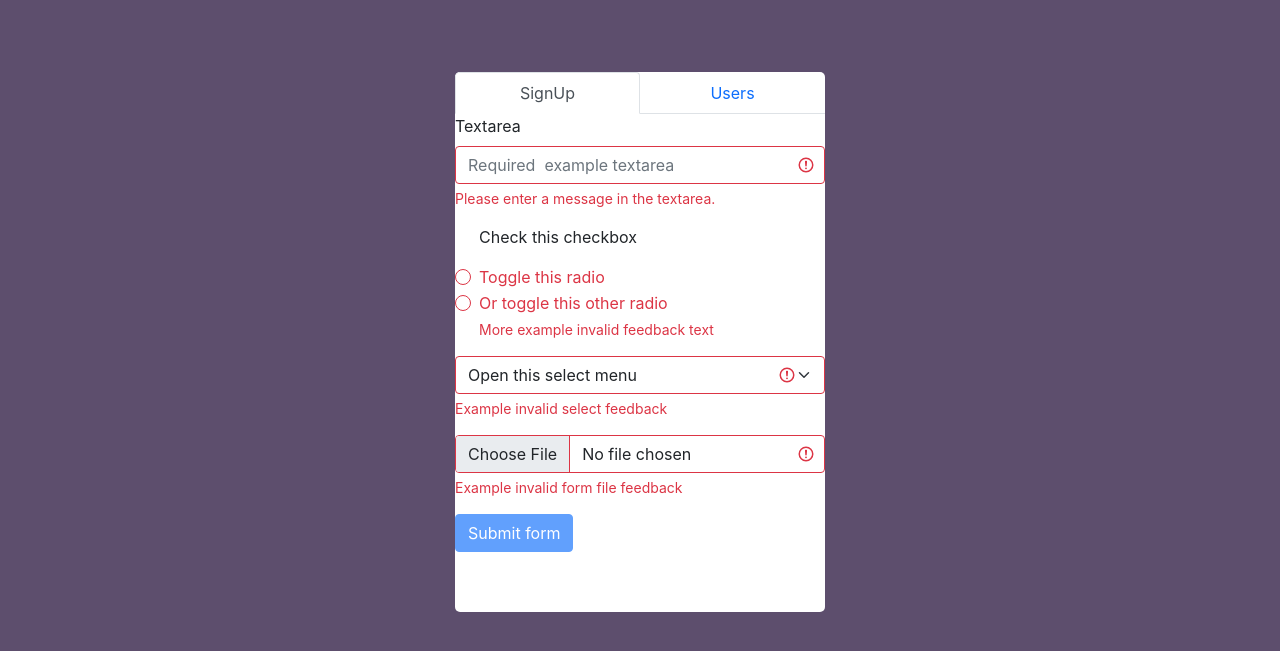
Repository: asadalibest1/SignUp-from
Page: /
These files come from the project's save history. The page is drawn as it stood at one moment and after the next save; the edit follows.
The browser window is 1280 px wide. The pictures show the whole page.
The project was rebuilt for these pictures with package versions that can differ from the ones it lists, and the page was loaded fresh each time. Also part of the build but not shown: src/components/SignUp/SignUp.css, src/components/Users/Users.css.

Above is the page before, as saved 2021-02-06 21:58:34.

### public/index.html
<!DOCTYPE html>
<html lang="en">
  <head>
    <meta charset="utf-8" />
    <link rel="icon" href="%PUBLIC_URL%/favicon.png" />
    <meta name="viewport" content="width=device-width, initial-scale=1" />
    <meta name="theme-color" content="#000000" />
    <meta
      name="description"
      content="Web site created using create-react-app"
    />
    <link rel="apple-touch-icon" href="%PUBLIC_URL%/logo192.png" />
    <!--
      manifest.json provides metadata used when your web app is installed on a
      user's mobile device or desktop. See https://developers.google.com/web/fundamentals/web-app-manifest/
    -->
    <link rel="manifest" href="%PUBLIC_URL%/manifest.json" />
    <!--
      Notice the use of %PUBLIC_URL% in the tags above.
      It will be replaced with the URL of the `public` folder during the build.
      Only files inside the `public` folder can be referenced from the HTML.

      Unlike "/favicon.ico" or "favicon.ico", "%PUBLIC_URL%/favicon.ico" will
      work correctly both with client-side routing and a non-root public URL.
      Learn how to configure a non-root public URL by running `npm run build`.
    -->
    <!-- Bootstrap -->
    <link href="https://cdn.jsdelivr.net/npm/bootstrap@5.0.0-beta1/dist/css/bootstrap.min.css" rel="stylesheet" integrity="sha384-giJF6kkoqNQ00vy+HMDP7azOuL0xtbfIcaT9wjKHr8RbDVddVHyTfAAsrekwKmP1" crossorigin="anonymous">
    <title>Sign Up</title>
  </head>
  <body>
    <noscript>You need to enable JavaScript to run this app.</noscript>
    <div id="root"></div>
    <!--
      This HTML file is a template.
      If you open it directly in the browser, you will see an empty page.

      You can add webfonts, meta tags, or analytics to this file.
      The build step will place the bundled scripts into the <body> tag.

      To begin the development, run `npm start` or `yarn start`.
      To create a production bundle, use `npm run build` or `yarn build`.
    -->
    <script src="https://cdn.jsdelivr.net/npm/bootstrap@5.0.0-beta1/dist/js/bootstrap.bundle.min.js" integrity="sha384-ygbV9kiqUc6oa4msXn9868pTtWMgiQaeYH7/t7LECLbyPA2x65Kgf80OJFdroafW" crossorigin="anonymous"></script>
  </body>
</html>

### src/index.css
body {
  margin: 0;
  font-family: -apple-system, BlinkMacSystemFont, 'Segoe UI', 'Roboto', 'Oxygen',
    'Ubuntu', 'Cantarell', 'Fira Sans', 'Droid Sans', 'Helvetica Neue',
    sans-serif;
  -webkit-font-smoothing: antialiased;
  -moz-osx-font-smoothing: grayscale;
  background-color: #5D4E6D;
}

code {
  font-family: source-code-pro, Menlo, Monaco, Consolas, 'Courier New',
    monospace;
}

### src/App.js
import React from 'react'
import App1 from "./components/App1/App1"

export default function App() {
  return (
    <div>
      <App1 />
    </div>
  )
}

### src/components/App1/App1.js
import React from 'react'
import Tabs from '../Tabs/Tabs'

export default function App1() {
    return (
        <div>
            <Tabs />
        </div>
    )
}

### src/features/counter/counterSlice.js
import { createSlice } from '@reduxjs/toolkit';

export const counterSlice = createSlice({
  name: 'counter',
  initialState: {
    value: 0,
  },
  reducers: {
    increment: state => {
      // Redux Toolkit allows us to write "mutating" logic in reducers. It
      // doesn't actually mutate the state because it uses the Immer library,
      // which detects changes to a "draft state" and produces a brand new
      // immutable state based off those changes
      state.value += 1;
    },
    decrement: state => {
      state.value -= 1;
    },
    incrementByAmount: (state, action) => {
      state.value += action.payload;
    },
  },
});

export const { increment, decrement, incrementByAmount } = counterSlice.actions;

// The function below is called a thunk and allows us to perform async logic. It
// can be dispatched like a regular action: `dispatch(incrementAsync(10))`. This
// will call the thunk with the `dispatch` function as the first argument. Async
// code can then be executed and other actions can be dispatched
export const incrementAsync = amount => dispatch => {
  setTimeout(() => {
    dispatch(incrementByAmount(amount));
  }, 1000);
};

// The function below is called a selector and allows us to select a value from
// the state. Selectors can also be defined inline where they're used instead of
// in the slice file. For example: `useSelector((state) => state.counter.value)`
export const selectCount = state => state.counter.value;

export default counterSlice.reducer;

### src/components/Tabs/Tabs.js
import React from 'react'
import SignUp from "../SignUp/SignUp"
import Users from "../Users/Users"
import "./Tabs.css"

export default function Tabs() {
    return (
        <div className="tabs-main">
            <div className="tabs">

                <ul className="nav nav-tabs" id="myTab" role="tablist">
                    <li className="nav-item text-center w-50" role="presentation">
                        <a className="nav-link active" id="signUp-tab" data-bs-toggle="tab" href="#signUp" role="tab" aria-controls="signUp" aria-selected="true">SignUp</a>
                    </li>
                    <li className="nav-item text-center w-50" role="presentation">
                        <a className="nav-link" id="users-tab" data-bs-toggle="tab" href="#users" role="tab" aria-controls="users" aria-selected="false">Users</a>
                    </li>
                </ul>
                <div className="tab-content" id="myTabContent">
                    <div className="tab-pane fade show active" id="signUp" role="tabpanel" aria-labelledby="signUp-tab">
                        <SignUp />
                    </div>
                    <div className="tab-pane fade" id="users" role="tabpanel" aria-labelledby="users-tab">

                        <Users />
                    </div>
                </div>


            </div>
        </div>
    )
}

### src/components/SignUp/SignUp.js
import React from 'react'
import "./SignUp.css"

export default function SignUp() {
    return (
        <div>

<form className="was-validated">
{/*
<div className="form-check">
    <input type="name" className="form-check-input" id="validationFormCheck2" name="name-stacked" required />
    <label className="form-check-label" for="validationFormCheck2">Toggle this radio</label>
  </div> */}



  <div className="mb-3">
    <label for="validationTextarea" className="form-label">Textarea</label>
    {/* <textarea className="form-control is-invalid" id="validationTextarea" placeholder="Required  example textarea" required></textarea> */}
    <input type="name" className="form-control" id="validationTextarea" placeholder="Required  example textarea" required />
    <div className="invalid-feedback">
      Please enter a message in the textarea.
    </div>
  </div>




  <div className="form-check mb-3">
    <label className="form-check-label" for="validationFormCheck1">Check this checkbox</label>
    <div className="invalid-feedback">Example invalid feedback text</div>
  </div>

  <div className="form-check">
    <input type="radio" className="form-check-input" id="validationFormCheck2" name="radio-stacked" required />
    <label className="form-check-label" for="validationFormCheck2">Toggle this radio</label>
  </div>
  <div className="form-check mb-3">
    <input type="radio" className="form-check-input" id="validationFormCheck3" name="radio-stacked" required />
    <label className="form-check-label" for="validationFormCheck3">Or toggle this other radio</label>
    <div className="invalid-feedback">More example invalid feedback text</div>
  </div>

  <div className="mb-3">
    <select className="form-select" required  aria-label="select example">
      <option value="">Open this select menu</option>
      <option value="1">One</option>
      <option value="2">Two</option>
      <option value="3">Three</option>
    </select>
    <div className="invalid-feedback">Example invalid select feedback</div>
  </div>

  <div className="mb-3">
    <input type="file" className="form-control" aria-label="file example" required />
    <div className="invalid-feedback">Example invalid form file feedback</div>
  </div>

  <div className="mb-3">
    <button className="btn btn-primary" type="submit" disabled>Submit form</button>
  </div>
</form>
        </div>
    )
}

### src/components/Users/Users.js
import React from 'react'
import "./Users.css"

export default function Users() {
    return (
        <div>
    Users
        </div>
    )
}

### src/components/Tabs/Tabs.css
.tabs{
    width: 370px;
    height: 75vh;
    background-color: white;
    margin: auto auto;
    margin-top: 10vh;
    border-radius: 5px;
    overflow: hidden;
}

Loaded but not shown: src/index.js (common file); src/app/store.js (common file); src/serviceWorker.js (common file)

After the next save:
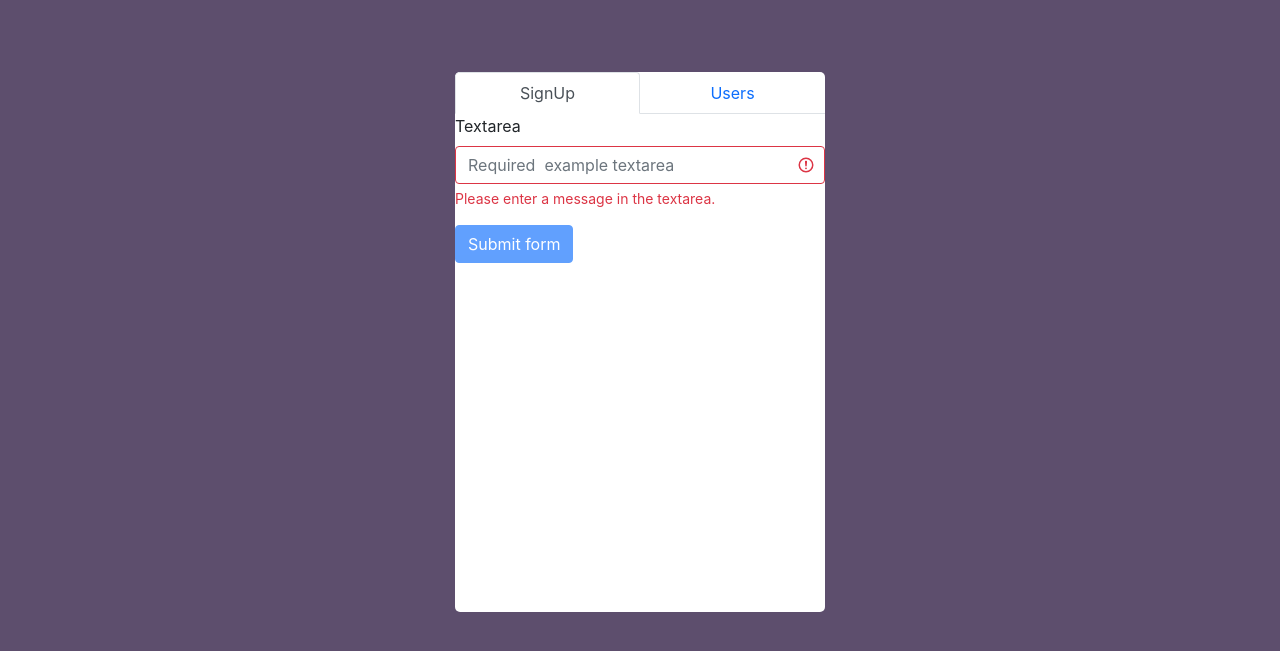
Saved 73 s later.
--- a/src/components/SignUp/SignUp.js
+++ b/src/components/SignUp/SignUp.js
@@ -6,17 +6,9 @@ export default function SignUp() {
         <div>
 
 <form className="was-validated">
-{/*
-<div className="form-check">
-    <input type="name" className="form-check-input" id="validationFormCheck2" name="name-stacked" required />
-    <label className="form-check-label" for="validationFormCheck2">Toggle this radio</label>
-  </div> */}
-
-
 
   <div className="mb-3">
     <label for="validationTextarea" className="form-label">Textarea</label>
-    {/* <textarea className="form-control is-invalid" id="validationTextarea" placeholder="Required  example textarea" required></textarea> */}
     <input type="name" className="form-control" id="validationTextarea" placeholder="Required  example textarea" required />
     <div className="invalid-feedback">
       Please enter a message in the textarea.
@@ -26,36 +18,6 @@ export default function SignUp() {
 
 
 
-  <div className="form-check mb-3">
-    <label className="form-check-label" for="validationFormCheck1">Check this checkbox</label>
-    <div className="invalid-feedback">Example invalid feedback text</div>
-  </div>
-
-  <div className="form-check">
-    <input type="radio" className="form-check-input" id="validationFormCheck2" name="radio-stacked" required />
-    <label className="form-check-label" for="validationFormCheck2">Toggle this radio</label>
-  </div>
-  <div className="form-check mb-3">
-    <input type="radio" className="form-check-input" id="validationFormCheck3" name="radio-stacked" required />
-    <label className="form-check-label" for="validationFormCheck3">Or toggle this other radio</label>
-    <div className="invalid-feedback">More example invalid feedback text</div>
-  </div>
-
-  <div className="mb-3">
-    <select className="form-select" required  aria-label="select example">
-      <option value="">Open this select menu</option>
-      <option value="1">One</option>
-      <option value="2">Two</option>
-      <option value="3">Three</option>
-    </select>
-    <div className="invalid-feedback">Example invalid select feedback</div>
-  </div>
-
-  <div className="mb-3">
-    <input type="file" className="form-control" aria-label="file example" required />
-    <div className="invalid-feedback">Example invalid form file feedback</div>
-  </div>
-
   <div className="mb-3">
     <button className="btn btn-primary" type="submit" disabled>Submit form</button>
   </div>
